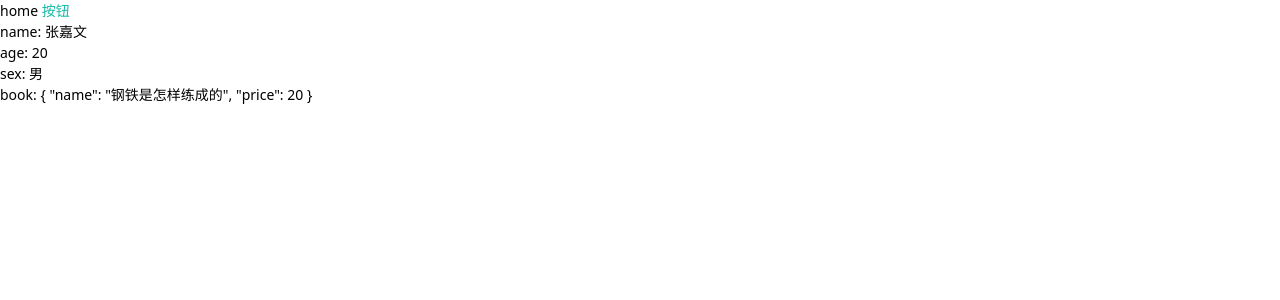
Repository: 596178924/vue3-ts-app
Page: /
These files come from the project's save history. The page is drawn as it stood at one moment and after the next save; the edit follows.
The browser window is 1280 px wide. The pictures show the whole page.
The project was rebuilt for these pictures with package versions that can differ from the ones it lists, and the page was loaded fresh each time. Also part of the build but not shown: vite.config.ts.

Above is the page before, as saved 2022-11-09 16:50:59.

After the next save:
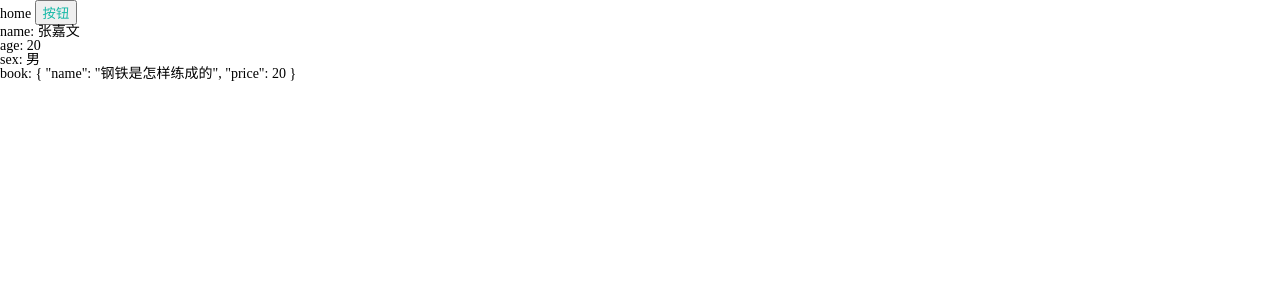
Saved 58 s later.
--- a/src/main.ts
+++ b/src/main.ts
@@ -2,7 +2,7 @@ import { createApp } from 'vue';
 import AppElement from './App.vue'
 import pluginInstall from "@/plugins"
 import Router from "@/router"
-import './tailwind.css'
+// import './tailwind.css'
 
 (() => {
     const app = createApp(AppElement);
